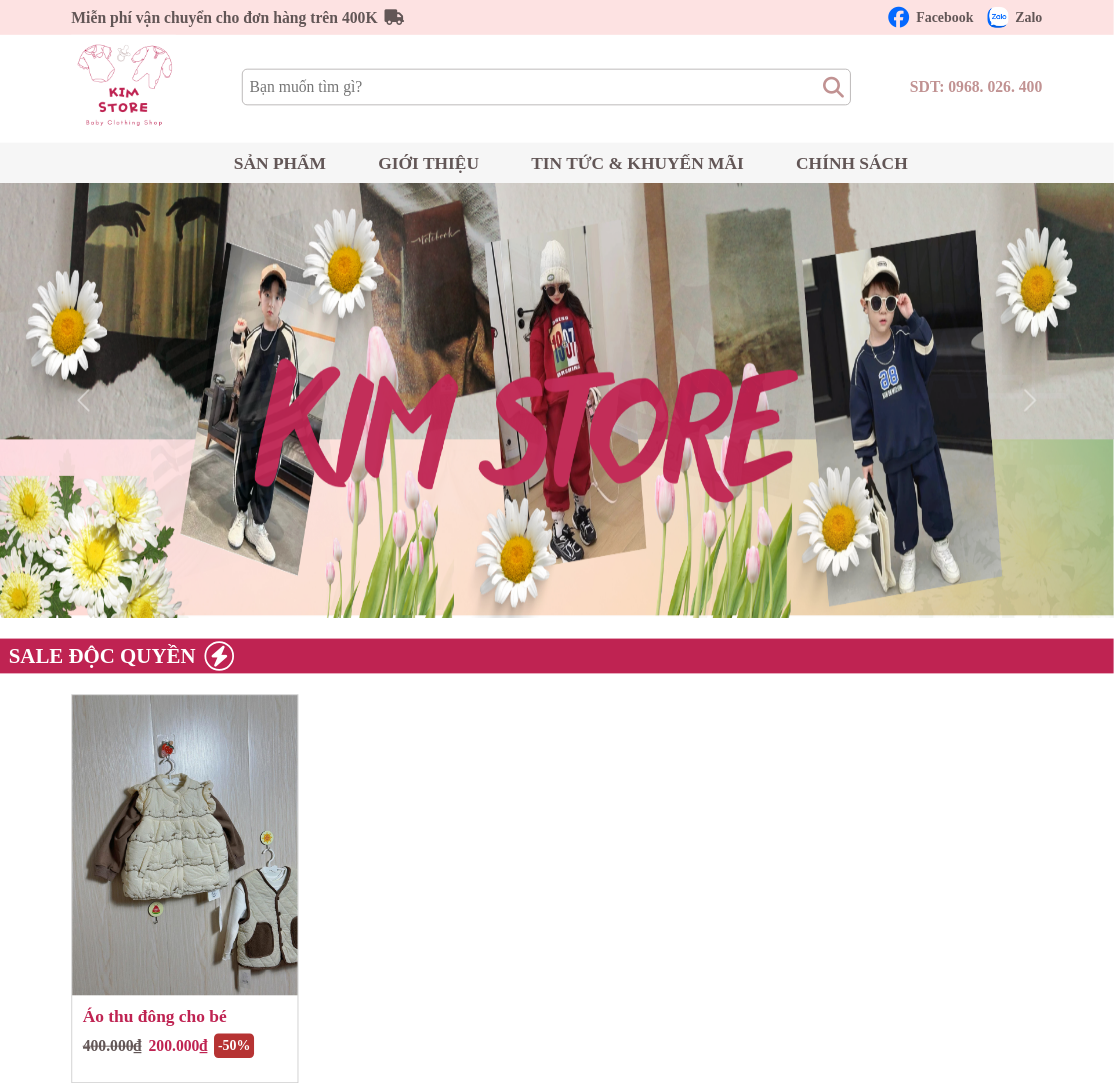
Repository: hoang28092000/kim-store
Page: index.html
The author's editor kept a copy of each file at every save. The page is drawn from the files as they stood at one save, then again after the next save.
The browser window is 1280 px wide. The pictures show the whole page, at 87% of full size.
Some web libraries are served in a nearby version.

Above is the page before, as saved 2024-11-01 15:36:53.

After the next save:
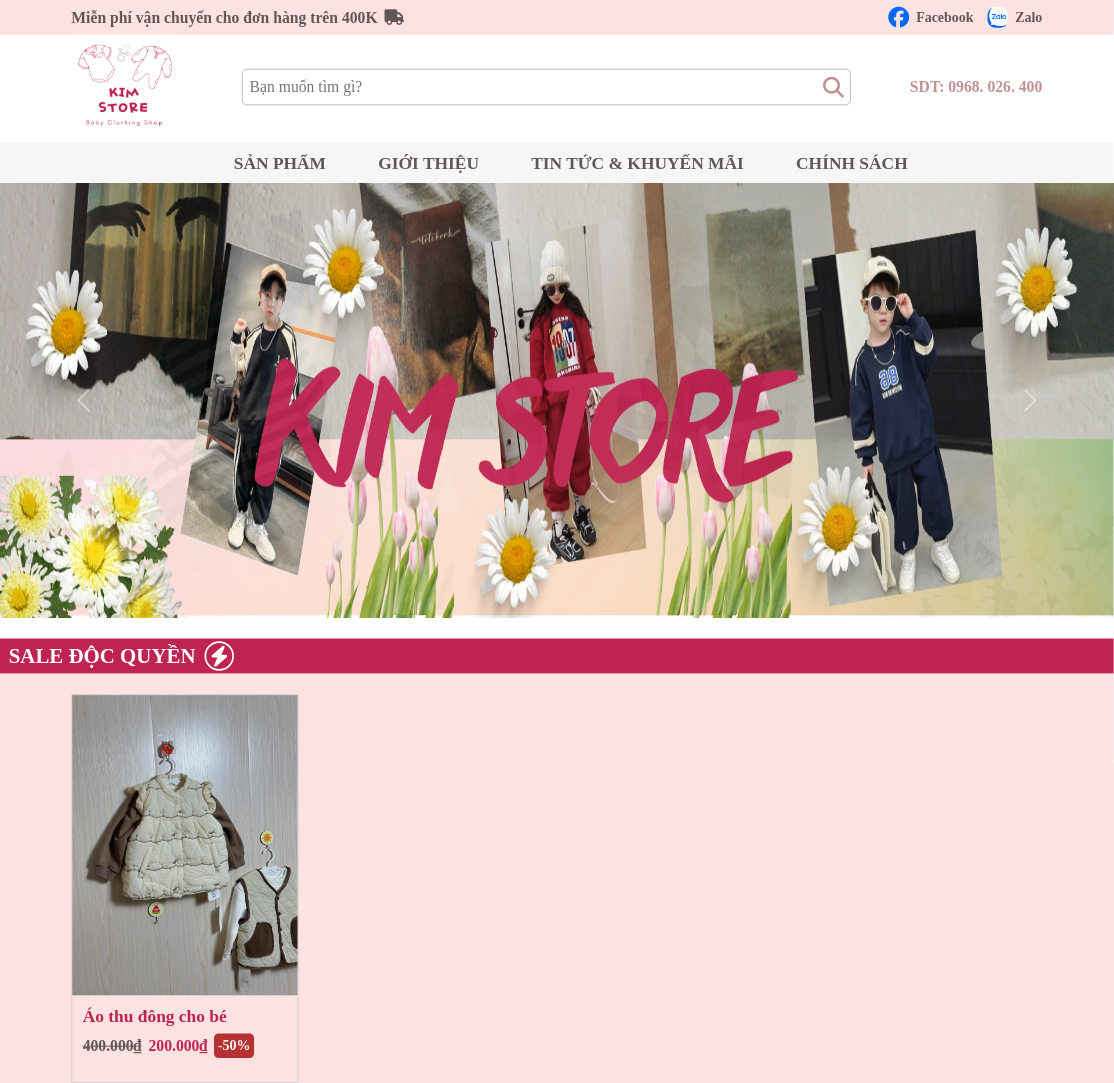
Saved 4 s later.
--- a/asset/style.css
+++ b/asset/style.css
@@ -110,7 +110,7 @@
     height: 500px;
 }
 #main{
-    background-color: ##fce2e1;
+    background-color: #fce2e1;
 }
 #main .title_txt{
     background-color: #bf2352;
